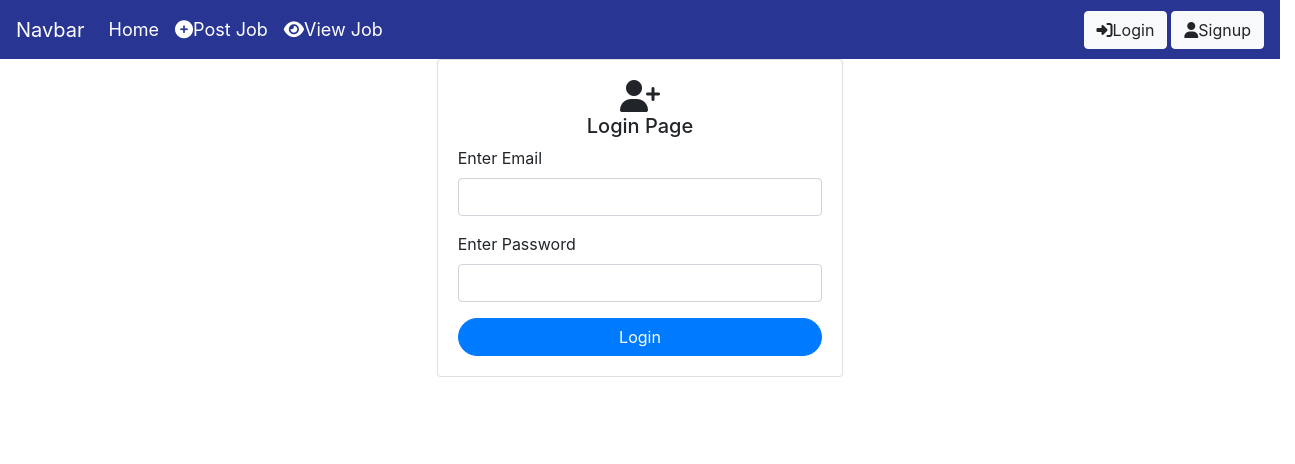
Repository: Pankaj08072001/Adv_Java
Page: http://localhost/06_Job_portal_Project/login.jsp
These files come from the project's save history. The page is drawn as it stood at one moment and after the next save; the edit follows.
The browser window is 1280 px wide. The page is 1295 px wide, so the pictures cover 1295 px, including what lies to the right of the window. The pictures show the whole page.
Some web libraries are served in a nearby version. The page is served by Tomcat 9. Other server files are loaded and not shown.

Above is the page before, as saved 2025-03-13 20:07:17.

### 06_Job_portal_Project/src/main/webapp/login.jsp
<%@ page language="java" contentType="text/html; charset=UTF-8"
	pageEncoding="UTF-8"%>
<!DOCTYPE html>
<html>
<head>
<meta charset="UTF-8">
<title>Login Page</title>
<%@include file="All_component/All_css.jsp"%>
</head>
<body >

	<%@include file="All_component/Navbar.jsp"%>
	<div class="continer-fluid">
		<div class="row p-6">
			<div class="col-md-4 offset-md-4">
				<div class="card">
					<div class="card-body">
						<div class="text-center">
							<i class="fa fa-user-plus fa-2x" aria-hidden="true"></i>
							<h5>Login Page</h5>
						</div>
						<%--  <c:if test= "${not empty succMsg}">
						<h4 class="text-center text-danger"> ${succMsg }</h4>
						</c:if>
						--%>

						<form action="Login" method="post">
							<div class="form-group">
								<label>Enter Email</label><input type="email"
									required="required" class="form-control"
									id="exampleInputEmail1" aria-describedby="emailHelp" name="em">
							</div>
							<div class="form-group">
								<label>Enter Password</label><input type="password"
									required="required" class="form-control"
									id="exampleInputEmail1" name="ps">
							</div>
							<button class="btn btn-primary badge-pill btn-block" type="submit">Login</button>
						</form>

					</div>
				</div>
			</div>
		</div>

	</div>
</body>
</html>

### 06_Job_portal_Project/src/main/webapp/All_component/All_css.jsp
<link rel="stylesheet"
	href="https://cdn.jsdelivr.net/npm/bootstrap@4.0.0/dist/css/bootstrap.min.css"
	integrity="sha384-Gn5384xqQ1aoWXA+058RXPxPg6fy4IWvTNh0E263XmFcJlSAwiGgFAW/dAiS6JXm"
	crossorigin="anonymous">


<script src="https://code.jquery.com/jquery-3.2.1.slim.min.js"
	integrity="sha384-KJ3o2DKtIkvYIK3UENzmM7KCkRr/rE9/Qpg6aAZGJwFDMVNA/GpGFF93hXpG5KkN"
	crossorigin="anonymous"></script>
<script
	src="https://cdn.jsdelivr.net/npm/popper.js@1.12.9/dist/umd/popper.min.js"
	integrity="sha384-ApNbgh9B+Y1QKtv3Rn7W3mgPxhU9K/ScQsAP7hUibX39j7fakFPskvXusvfa0b4Q"
	crossorigin="anonymous"></script>
<script
	src="https://cdn.jsdelivr.net/npm/bootstrap@4.0.0/dist/js/bootstrap.min.js"
	integrity="sha384-JZR6Spejh4U02d8jOt6vLEHfe/JQGiRRSQQxSfFWpi1MquVdAyjUar5+76PVCmYl"
	crossorigin="anonymous"></script>

<link rel="stylesheet"
	href="https://cdnjs.cloudflare.com/ajax/libs/font-awesome/6.7.2/css/all.min.css"
	integrity="sha512-Evv84Mr4kqVGRNSgIGL/F/aIDqQb7xQ2vcrdIwxfjThSH8CSR7PBEakCr51Ck+w+/U6swU2Im1vVX0SVk9ABhg=="
	crossorigin="anonymous" referrerpolicy="no-referrer" />

	<link rel="Stylesheet" href ="All_component/Style.css" >

### 06_Job_portal_Project/src/main/webapp/All_component/Navbar.jsp
<nav class="navbar navbar-expand-lg navbar-dark bg-custom">
	<a class="navbar-brand" href="#">Navbar</a>
	<button class="navbar-toggler" type="button" data-toggle="collapse"
		data-target="#navbarSupportedContent"
		aria-controls="navbarSupportedContent" aria-expanded="false"
		aria-label="Toggle navigation">
		<span class="navbar-toggler-icon"></span>
	</button>

	<div class="collapse navbar-collapse" id="navbarSupportedContent">
		<ul class="navbar-nav mr-auto">
			<li class="nav-item active"><a class="nav-link" href="#">Home
					<span class="sr-only">(current)</span>
			</a></li>
			<li class="nav-item"><a class="nav-link" href="#"><i class="fas fa-plus-circle"></i>Post Job</a></li>
			<li class="nav-item"><a class="nav-link" href="#"><i class="fas fa-eye"></i>View Job</a></li>

		</ul>
		<form class="form-inline my-2 my-lg-0">
			<a href="login.jsp" class="btn btn-light mr-1"> <i class="fas fa-sign-in-alt"></i>Login</a>
			<a href ="Signup.jsp" class="btn btn-light"><i class="fas fa-user"></i>Signup</a>
		</form>
	</div>
</nav>

### 06_Job_portal_Project/src/main/webapp/All_component/Style.css
.bg-custom{
	background : #283593 !important;

}
.navbar .nav-item .nav-link{
	font-size: 18px;
	color : white;
}
.navbar .nav-item:hover .nav-link{
	background : white ;
	color : black;
	border-radius: 10px;
}

After the next save:
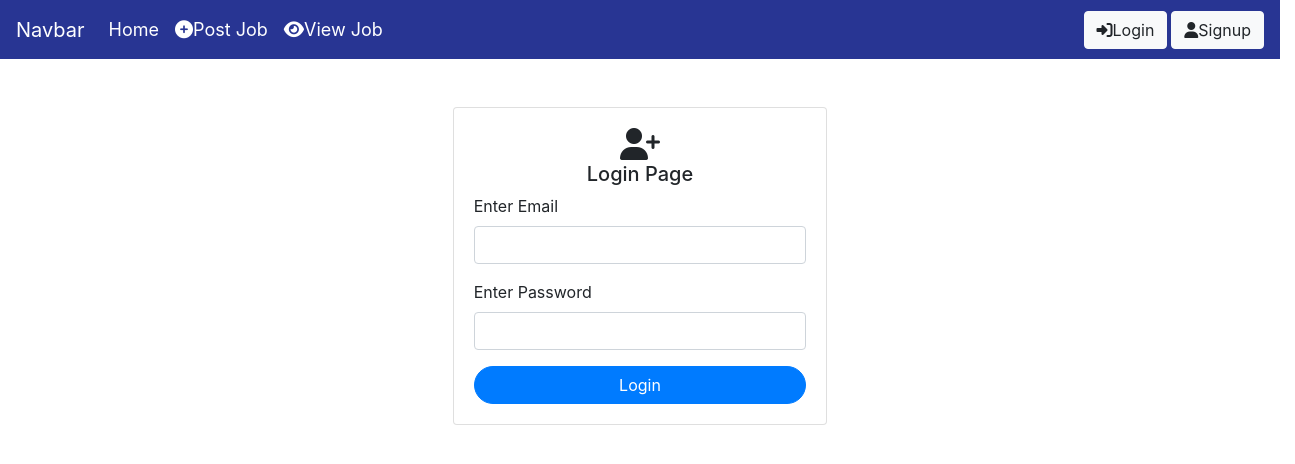
Saved 10 s later.
--- a/06_Job_portal_Project/src/main/webapp/login.jsp
+++ b/06_Job_portal_Project/src/main/webapp/login.jsp
@@ -11,7 +11,7 @@
 
 	<%@include file="All_component/Navbar.jsp"%>
 	<div class="continer-fluid">
-		<div class="row p-6">
+		<div class="row p-5">
 			<div class="col-md-4 offset-md-4">
 				<div class="card">
 					<div class="card-body">
